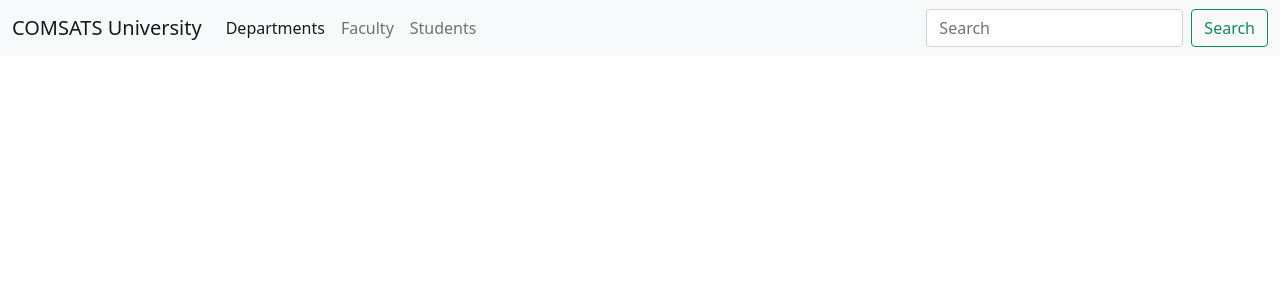
Repository: SaudCh/Web-Mid-Exams
Page: /
These files come from the project's save history. The page is drawn as it stood at one moment and after the next save; the edit follows.
The browser window is 1280 px wide. The pictures show the whole page.
The project was rebuilt for these pictures with package versions that can differ from the ones it lists, and the page was loaded fresh each time.

Above is the page before, as saved 2021-11-22 10:29:11.

After the next save:
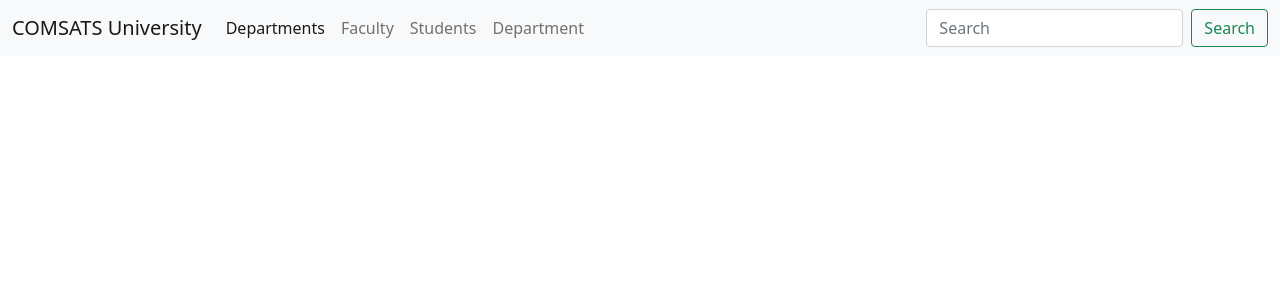
Saved 29 s later.
--- a/src/Shared/Header.jsx
+++ b/src/Shared/Header.jsx
@@ -36,6 +36,11 @@
                 Students
               </a>
             </li>
+            <li class="nav-item">
+              <a class="nav-link" href="#" tabindex="-1" aria-disabled="true">
+                Department
+              </a>
+            </li>
           </ul>
           <form class="d-flex">
             <input
